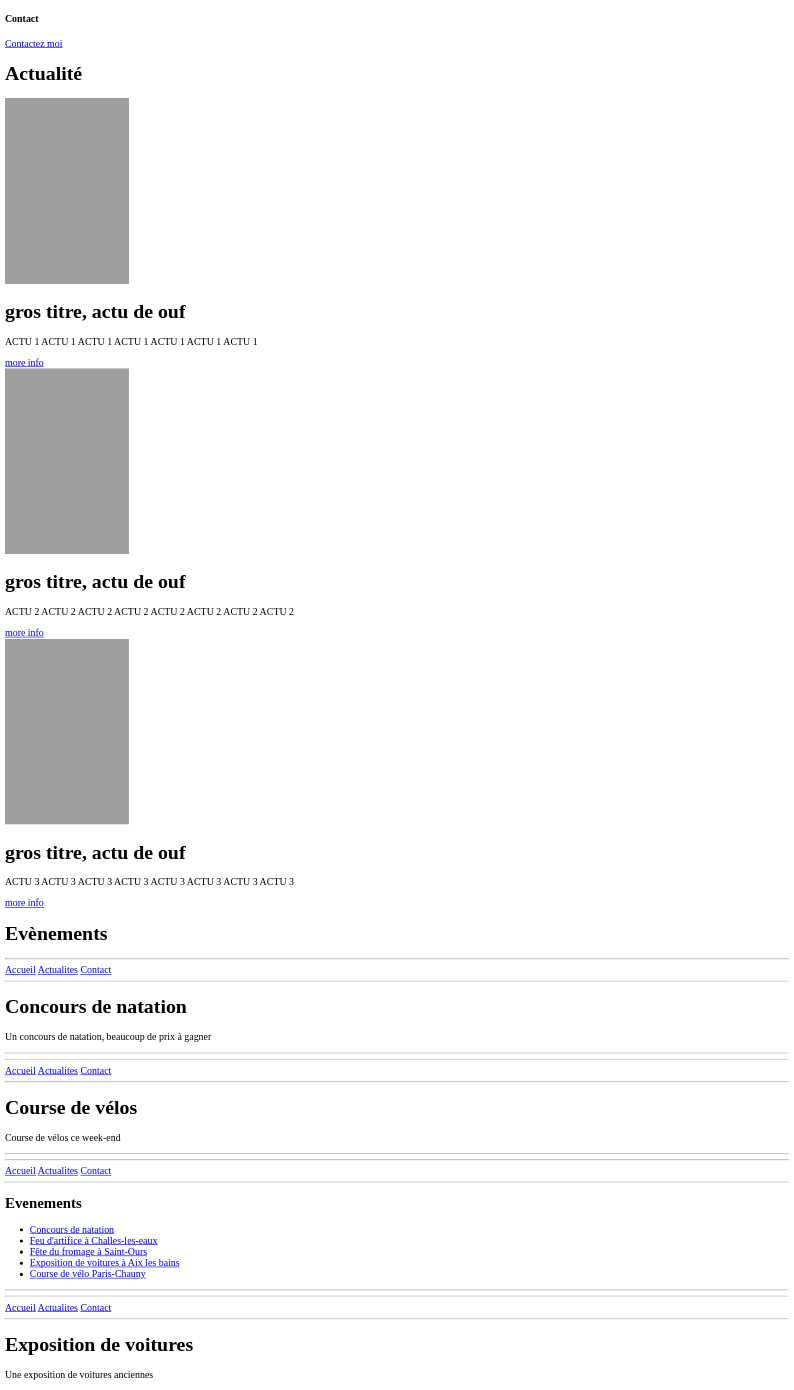
Repository: Mini-T/git-course
Page: index.html
These files come from the project's save history. The page is drawn as it stood at one moment and after a run of saves; the edit follows.
The browser window is 1280 px wide. The pictures show the whole page, at 62% of full size.
Pictures or frames that could not be fetched are drawn as grey boxes.

Above is the page before, as saved 2022-09-26 15:57:33.

### index.html
<!DOCTYPE html>
<html>
    <head>
        <title>Accueil</title>
    </head>
    <body>
        <h4>Contact</h4>
        <a href="contact.html">Contactez moi</a>
        <div>
            <h1>Actualité</h1>
            <div>
                <img src="https://picsum.photos/200/300?random=1" />
                <div>
                  <h1>gros titre, actu de ouf</h1>
                  <p>ACTU 1 ACTU 1 ACTU 1 ACTU 1 ACTU 1 ACTU 1 ACTU 1</p>
                  <a href="./single-actualite_1.html">more info</a>
                </div>
              </div>
              <div>
                <img src="https://picsum.photos/200/300?random=2" alt="actu" />
                <div>
                  <h1>gros titre, actu de ouf</h1>
                  <p>ACTU 2 ACTU 2 ACTU 2 ACTU 2 ACTU 2 ACTU 2 ACTU 2 ACTU 2</p>
                  <a href="./single-actualite_2.html">more info</a>
                </div>
              </div>
              <div>
                <img src="https://picsum.photos/200/300?random=3" alt="actu" />
                <div>
                  <h1>gros titre, actu de ouf</h1>
                  <p>ACTU 3 ACTU 3 ACTU 3 ACTU 3 ACTU 3 ACTU 3 ACTU 3 ACTU 3</p>
                  <a href="./single-actualite_3.html">more info</a>
                </div>
              </div>
        </div>
        <div>
            <h1>Evènements</h1>
            <div>
                <hr>
                <a href="../index.html">Accueil</a>
                <a href="../actualites/actualite.html">Actualites</a>
                <a href="../contact.html">Contact</a>
                <hr>
            </div>
            <h1>Concours de natation</h1>
            <p>Un concours de natation, beaucoup de prix à gagner</p>
            <hr>
            <div>
                <hr>
                <a href="../index.html">Accueil</a>
                <a href="../actualites/actualite.html">Actualites</a>
                <a href="../contact.html">Contact</a>
                <hr>
            </div>
            <h1>Course de vélos</h1>
            <p>Course de vélos ce week-end</p>
            <hr>
            <div>
                <hr>
                <a href="../index.html">Accueil</a>
                <a href="../actualites/actualite.html">Actualites</a>
                <a href="../contact.html">Contact</a>
                <hr>
            </div>
            <div>
                <h2>Evenements</h2>

                <ul>
                    <li><a href="concours.html">Concours de natation </a></li>
                    <li><a href="feu.html">Feu d'artifice à Challes-les-eaux</a></li>
                    <li><a href="fromage.html">Fête du fromage à Saint-Ours</a></li>
                    <li><a href="exposition_voiture.html">Exposition de voitures à Aix les bains</a></li>
                    <li><a href="course_velo.html">Course de vélo Paris-Chauny</a></li>

                </ul>
            </div>
            <hr>
            <div>
                <hr>
                <a href="../index.html">Accueil</a>
                <a href="../actualites/actualite.html">Actualites</a>
                <a href="../contact.html">Contact</a>
                <hr>
            </div>
            <h1>Exposition de voitures</h1>
            <p>Une exposition de voitures anciennes</p>
        </div>
    </body>
</html>

After the next 2 saves:
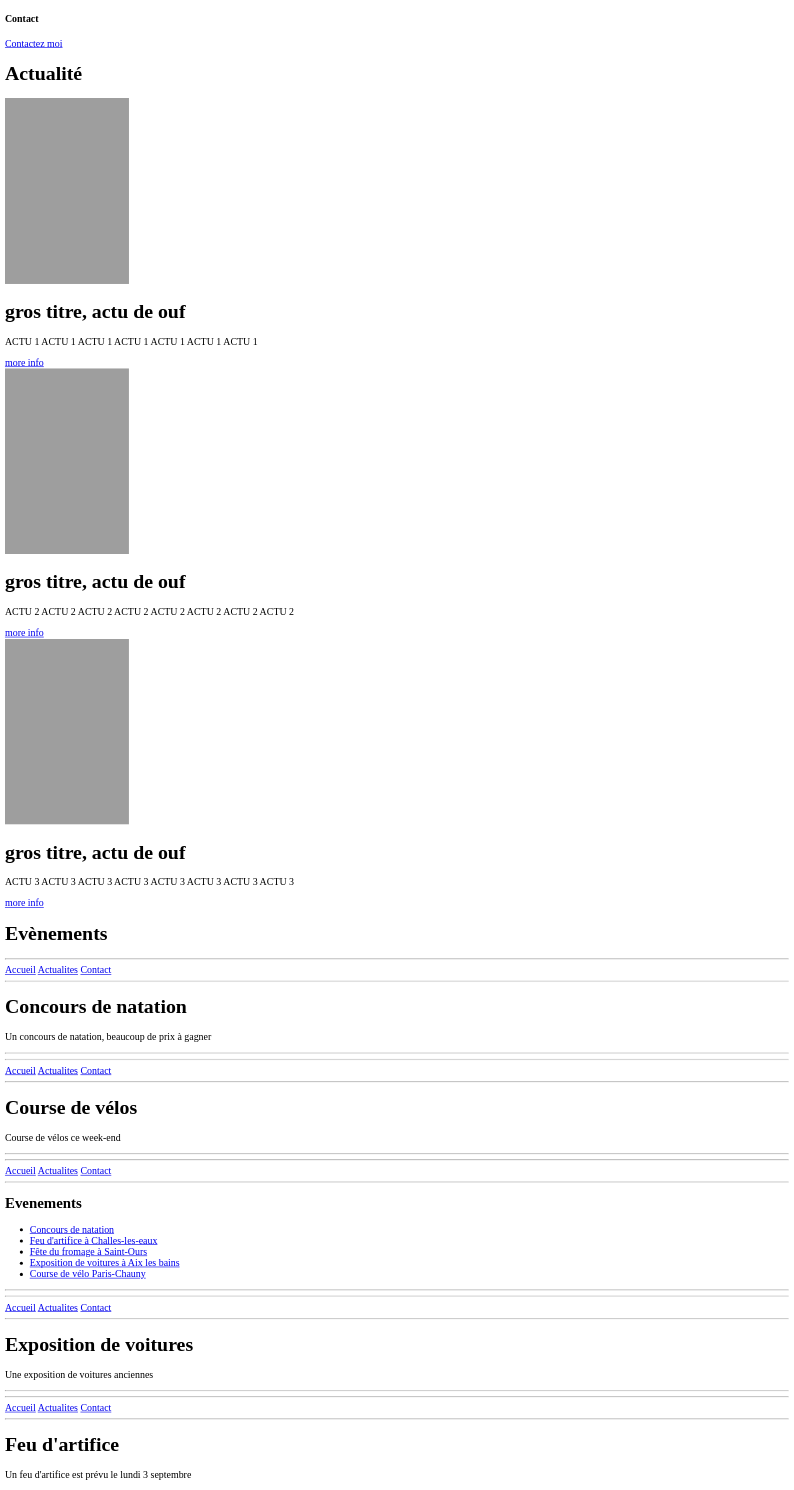
The 2 saves are shown as one change because they came seconds apart.
The last was saved 38 s later.
--- a/index.html
+++ b/index.html
@@ -85,5 +85,15 @@
             <h1>Exposition de voitures</h1>
             <p>Une exposition de voitures anciennes</p>
         </div>
+        <hr>
+        <div>
+            <hr>
+            <a href="../index.html">Accueil</a>
+            <a href="../actualites/actualite.html">Actualites</a>
+            <a href="../contact.html">Contact</a>
+            <hr>
+        </div>
+        <h1>Feu d'artifice</h1>
+        <p>Un feu d'artifice est prévu le lundi 3 septembre</p>
     </body>
 </html>
